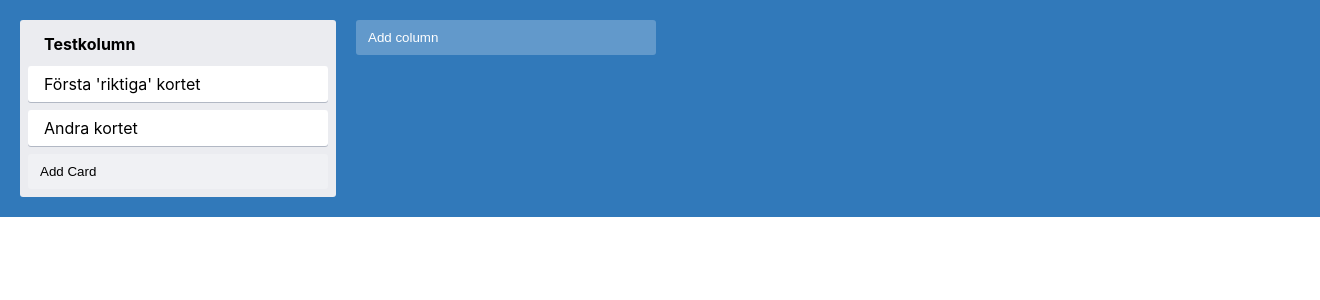
Repository: elander/grundkursen
Page: /
These files come from the project's save history. The page is drawn as it stood at one moment and after a run of saves; the edit follows.
The browser window is 1280 px wide. The page is 1320 px wide, so the pictures cover 1320 px, including what lies to the right of the window. The pictures show the whole page.
The project was rebuilt for these pictures with package versions that can differ from the ones it lists, and the page was loaded fresh each time. Also part of the build but not shown: src/App.css, src/utils/useFocus.ts, src/components/NewItemForm/NewItemForm.tsx.

Above is the page before, as saved 2022-04-25 14:47:30.

After the next 3 saves:
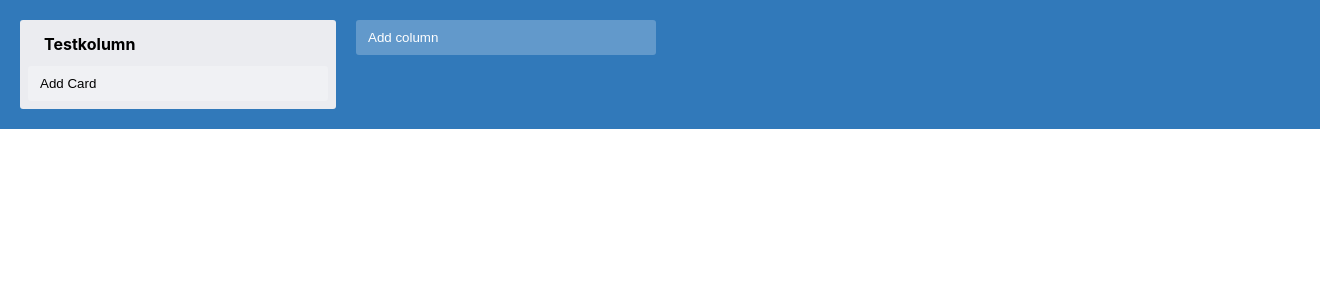
The 3 saves are shown as one change because 2 did not build or start.
The last was saved 7 min 18 s later.
--- a/src/components/Column/Column.tsx
+++ b/src/components/Column/Column.tsx
@@ -2,6 +2,7 @@ import { ColumnContainer, ColumnTitle } from "../../styles";
 
 import { AddNewItem } from "../AddNewItem/AddNewItem";
 import { Card } from "../Card/Card";
+import { useAppState } from "../../state/AppStateContext";
 
 type ColumnProps = {
     id: string
@@ -9,11 +10,21 @@ type ColumnProps = {
     children?: React.ReactNode
 };
 
-export const Column = ({text, children}: ColumnProps) => {
+export const Column = ({text, children, id}: ColumnProps) => {
+    const { getTasksByListId} = useAppState();
+    const tasks = getTasksByListId(id);
+
     return (
         <ColumnContainer>
       <ColumnTitle>{text}</ColumnTitle>
-      {children}
+        {tasks.map((task)=> {
+            <Card
+            text={task.text}
+            id={task.id}
+            onAdd={console.log}
+            dark
+            />
+        })}
       <AddNewItem
       toggleButtonText="Add Card"
       onAdd={console.log}
